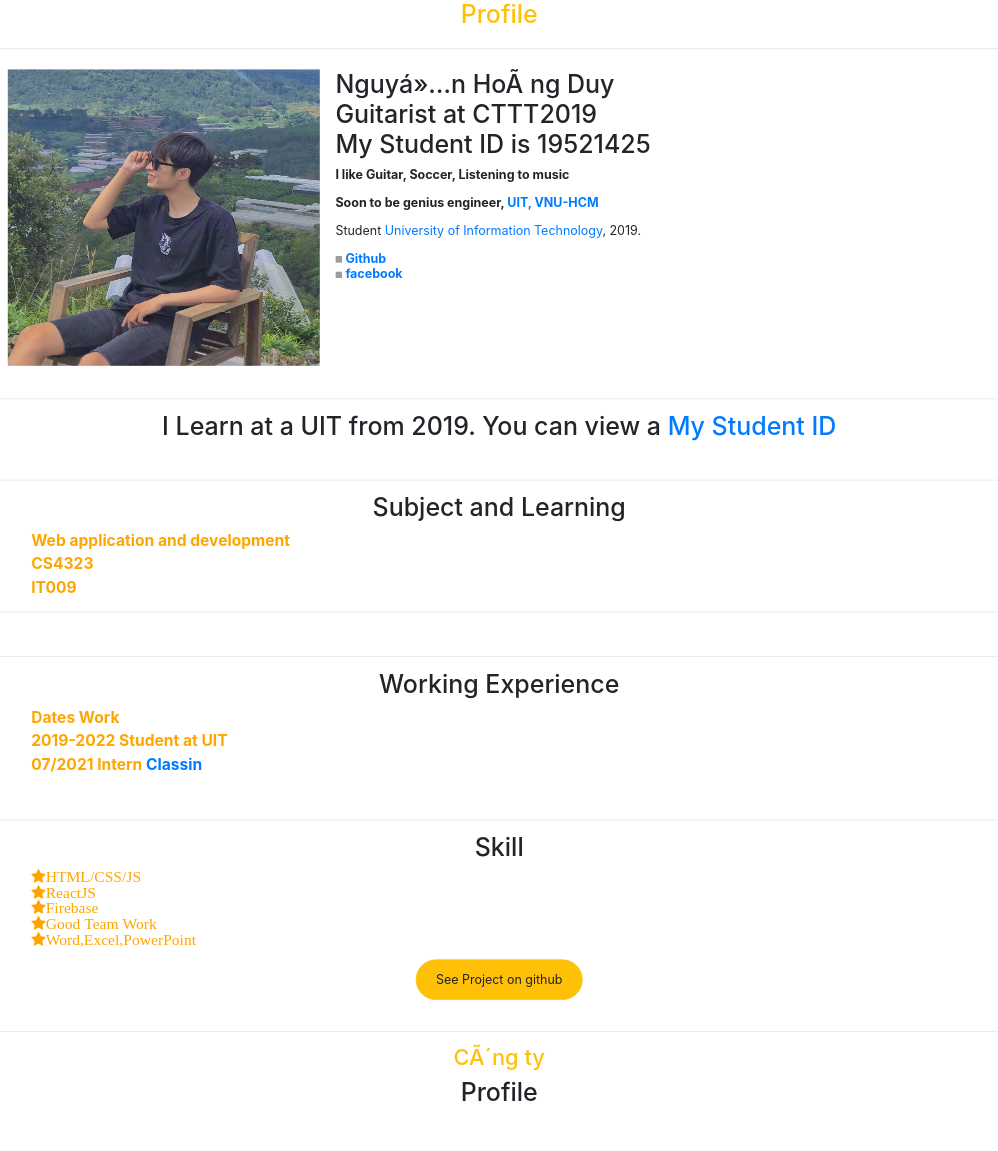
Repository: HoangDuy315/HW_TVK
Page: cv.html
The author's editor kept a copy of each file at every save. The page is drawn from the files as they stood at one save, then again after the next save.
The browser window is 1280 px wide. The pictures show the whole page, at 78% of full size.
Pictures or frames that could not be fetched are drawn as grey boxes.

Above is the page before, as saved 2022-09-25 17:32:56.

### cv.html
<html>
    <head>
        <title>GnahYuD</title>
        <link rel="SHORTCUT ICON" href="images/cormen-tiny.jpg">
        <script charset="utf-8" src="https://platform.twitter.com/js/button.c6c95b9789db97ea1e9742d215fff751.js"></script>
        <link rel="stylesheet" href="cv.css">
        <link rel="stylesheet" href="https://cdnjs.cloudflare.com/ajax/libs/font-awesome/4.7.0/css/font-awesome.min.css">
        <link rel="stylesheet" href="https://cdn.jsdelivr.net/npm/bootstrap@4.6.2/dist/css/bootstrap.min.css" integrity="sha384-xOolHFLEh07PJGoPkLv1IbcEPTNtaed2xpHsD9ESMhqIYd0nLMwNLD69Npy4HI+N" crossorigin="anonymous">
    </head>
    <body text="#000068" link="#060FDF" vlink="#060FDF" alink="#DC24C5">

    <!-- <TABLE CELLPADDING="10" CELLSPACING="0" WIDTH="475"> -->
    <section id="Profile">
        <div class="container">
            <div class="row">
                <div class="col-12 text-center">
                    <h2 class="text-warning display-5 fw-bold">Profile</h2>
                </div>
            </div>
            <div class="row">
    </section>
    <hr>
    <table cellpadding="10" cellspacing="0">
    <tbody><tr valign="TOP">

    <td valign="TOP" width="151">

    <img class="duy" src="./123.JPG"><p>

    </p></td>

    <td valign="TOP">

    <div>
    <h2>Nguyễn Hoàng Duy<br>
    Guitarist at CTTT2019<br>
    My Student ID is 19521425
    </h2>

    <p>
    <strong>I like  Guitar, Soccer, Listening to music</strong>
    </p>

    <p><strong>Soon to be genius engineer,
    <a href="https://www.uit.edu.vn/">UIT, <a href="https://vnuhcm.edu.vn/">VNU-HCM</a></a>
    </strong> </p>

    <p>

    Student <a href="https://www.uit.edu.vn/">University of Information Technology</a>, 2019.</p><p>

    </p><dd>
    <b>
    <img src="images/yellowsq.gif" alt="*" width="9" height="9">
    <a href="https://github.com/HoangDuy315">Github</a><br>
    <img src="images/yellowsq.gif" alt="*" width="9" height="9">
        <a href="https://www.facebook.com/profile.php?id=100007746304417">facebook</a></div>
    </b>


    </dd></td>
    </tr>
    </tbody></table>




    <hr >
        <h2 class="yud">I Learn at a UIT from 2019.  You can view a <a href="https://student.uit.edu.vn/">My Student ID</a></h2>
    </hr>
    <br>
    <hr>
        <h2 class="hi">Subject and Learning</h2>
        <ul class="fs">
            <li >Web application and development</li>
            <li >CS4323</li>
            <li >IT009</li>
        </ul>

    <hr>
    <br>
    <hr>
        <h2 class="yud">Working Experience</h2>
        <ul class="fs">
            <li>Dates Work</li>
            <li>2019-2022 Student at UIT</li>
            <li>07/2021 Intern  <a href="https://www.classin.com/">Classin</a></li>
        </ul>
    </hr>
    <br>
    <hr>
        <h2 class="yud">Skill</h2>
        <ul class="fs">
            <li class="fa fa-star checked">HTML/CSS/JS</li><br>
            <li class="fa fa-star checked">ReactJS</li><br>
            <li class="fa fa-star checked">Firebase</li><br>
            <li class="fa fa-star checked">Good Team Work</li><br>
            <li class="fa fa-star checked">Word,Excel,PowerPoint</li>
        </ul>
        <div class="text-center">
            <button type="button" class="btn btn-warning rounded-pill"><a class="btn btn-warning fw-bold  " href="https://github.com/HoangDuy315">See Project on github</a></button>
        </div>
    </hr>
    <br>
    <hr>
    <section id="about">
        <div class="container">
            <div class="row mb-5    ">
                <div class="col-12 text-center">
                    <h3 class="text-warning">Công ty</h3>
                    <h2 class="display-5 fw-bold">Profile</h2>
                </div>
            </div>
            <div class="row">


    </section>
    </script>

</body>
</html>

### cv.css
body {
    background-color: rgb(219, 228, 136);
}

.duy {
    color: blue;
    height: 380px;
    width: 400px;
}

.checked {
    color: orange;
}

.yud {
    text-align: center;
}

.yud .li {
    text-align: center;
}

.hi {

    text-align: center;
}

.fs {
    font-size: 20px;
    list-style: none;
    font-family: "Roboto" sans-serif;
    font-weight: bold;
    color: orange;
}

After the next save:
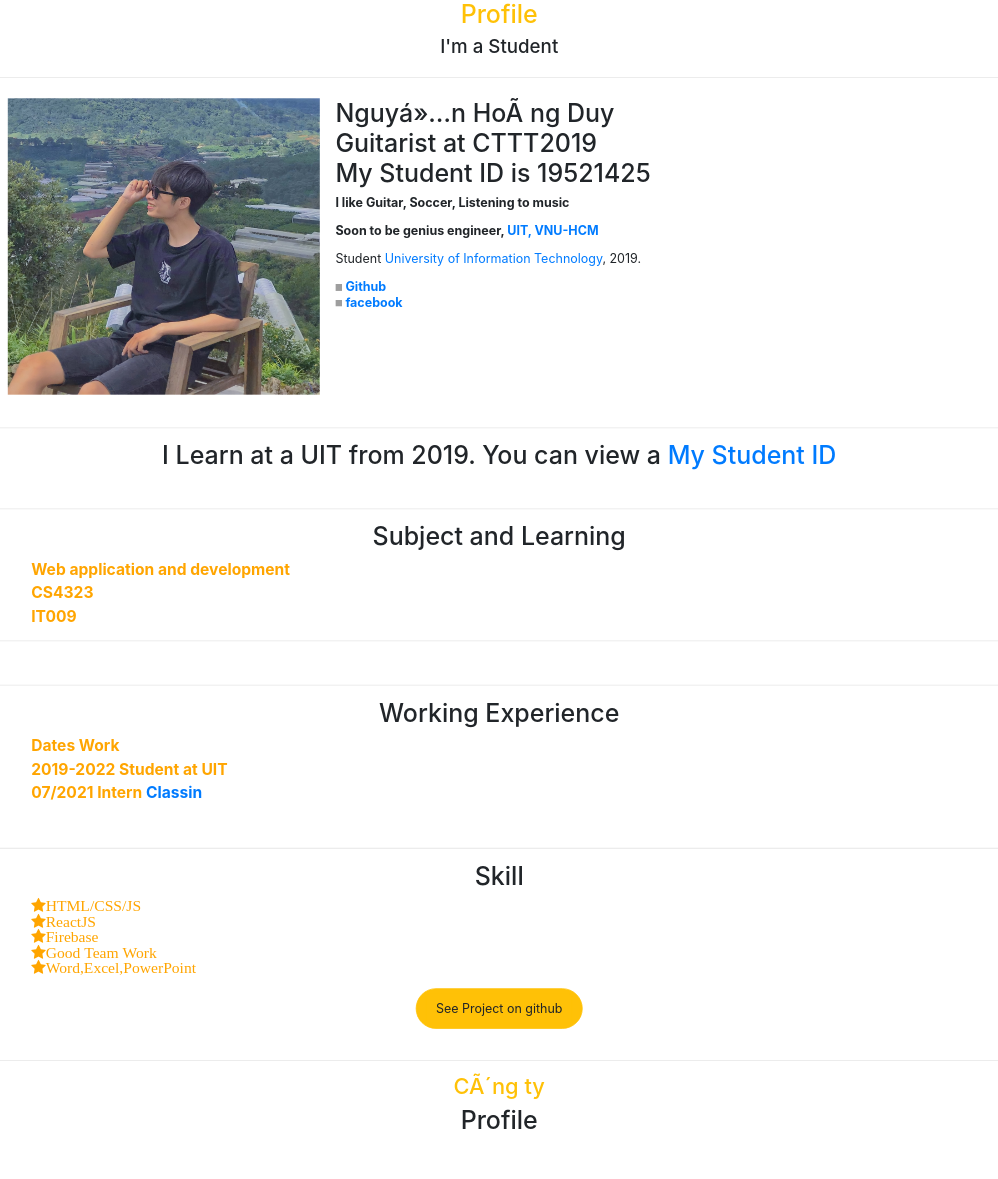
Saved 28 s later.
--- a/cv.html
+++ b/cv.html
@@ -15,6 +15,7 @@
             <div class="row">
                 <div class="col-12 text-center">
                     <h2 class="text-warning display-5 fw-bold">Profile</h2>
+                    <h4>I'm a Student</h4>
                 </div>
             </div>
             <div class="row">
